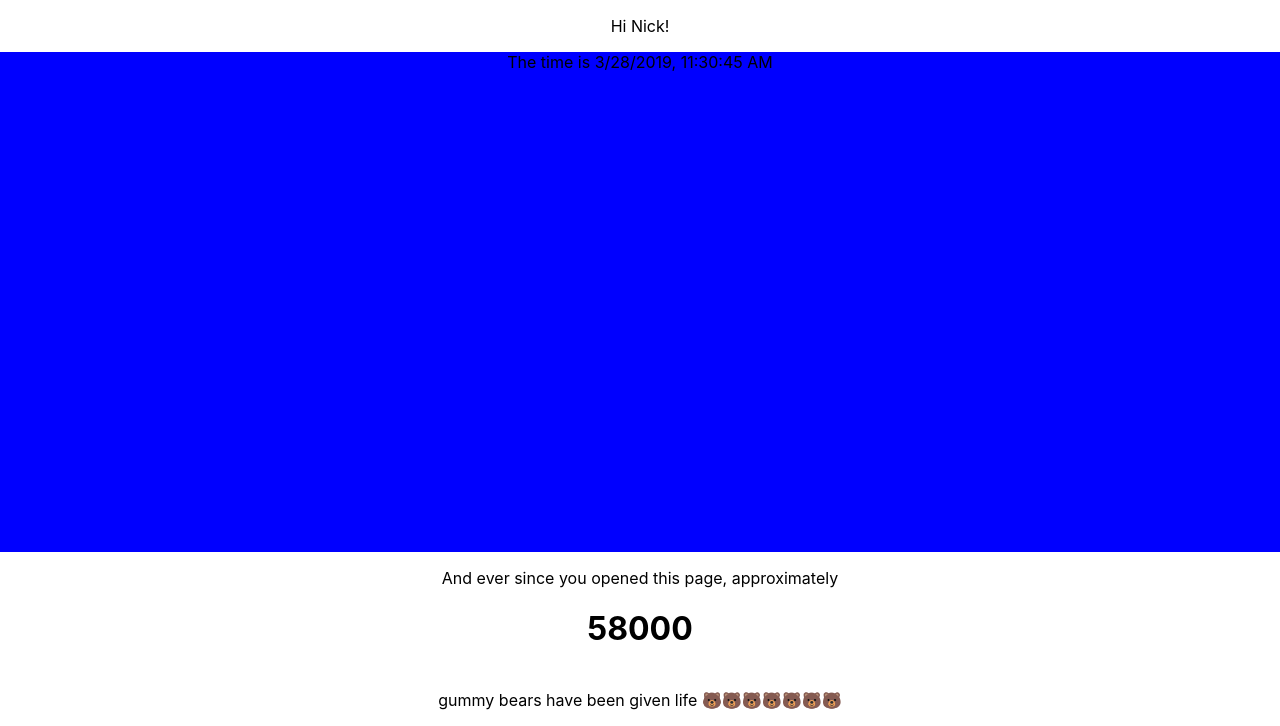
Repository: crispinonicky/gummy-facts
Page: /
These files come from the project's save history. The page is drawn as it stood at one moment and after the next save; the edit follows.
The browser window is 1280 px wide. The pictures show the whole page.
The project was rebuilt for these pictures with package versions that can differ from the ones it lists, and the page was loaded fresh each time.

Above is the page before, as saved 2019-03-28 14:27:00.

### src/App.js
import React, { Component } from 'react';
import './App.css';
import Clock from './components/Clock';
import GummyCount from './components/GummyCount';


class App extends Component {
  constructor(props){
    super(props)

    this.state = {
      name: "Nick"
    }

  }



  render() {
    return (
      <div className="App">


      <p>
        Hi {this.state.name}!
      </p>

        <Clock />
        <GummyCount />


      </div>
    );
  }
}

export default App;

### src/App.css
.App {
  text-align: center;
  margin: 0 auto;
}

.Clock {
  height: 500px;
  background: blue;
}

### src/components/Clock.js
import React, { Component } from "react";
import "../App.css";

let time = new Date().toLocaleString();

class Clock extends React.Component {
  constructor(props) {

    super(props)
    this.state = {
      time: new Date().toLocaleString(),
    };
  }

  componentDidMount() {
    this.intervalID = setInterval(
      () => this.tick(),
      1000
    )
  }

  componentWillUnmount() {
    clearInterval(this.intervalID);
  }

  tick() {
    this.setState({
      time: new Date().toLocaleString()
    });
  }

  render() {
    return (
      <div className = "Clock">
      <p>
        The time is {this.state.time}
      </p>
      </div>
    );
  }
}

console.log(typeof time)



export default Clock;

### src/components/GummyCount.js
const React = require('react')

class GummyCount extends React.Component {
  constructor(props) {
    super(props);
    this.state = {
      seconds: 0,
    };
  }

  tick() {
    this.setState(state => ({
      seconds: state.seconds + 1
    }));
  }

  componentDidMount() {
    this.interval = setInterval(() => this.tick(), 10);
  }

  componentWillUnmount() {
    clearInterval(this.interval);
  }

  render() {

    return (

      <div className = "Count">
        <p>
        And ever since you opened this page, approximately
        <br/>
        <h1>{this.state.seconds * 116}</h1>
        <br/>
        gummy bears have been given life 🐻🐻🐻🐻🐻🐻🐻
        </p>
      </div>
    );
  }
}

export default GummyCount;

Loaded but not shown: public/index.html (common file); src/index.js (common file); src/index.css (common file); src/serviceWorker.js (common file)

After the next save:
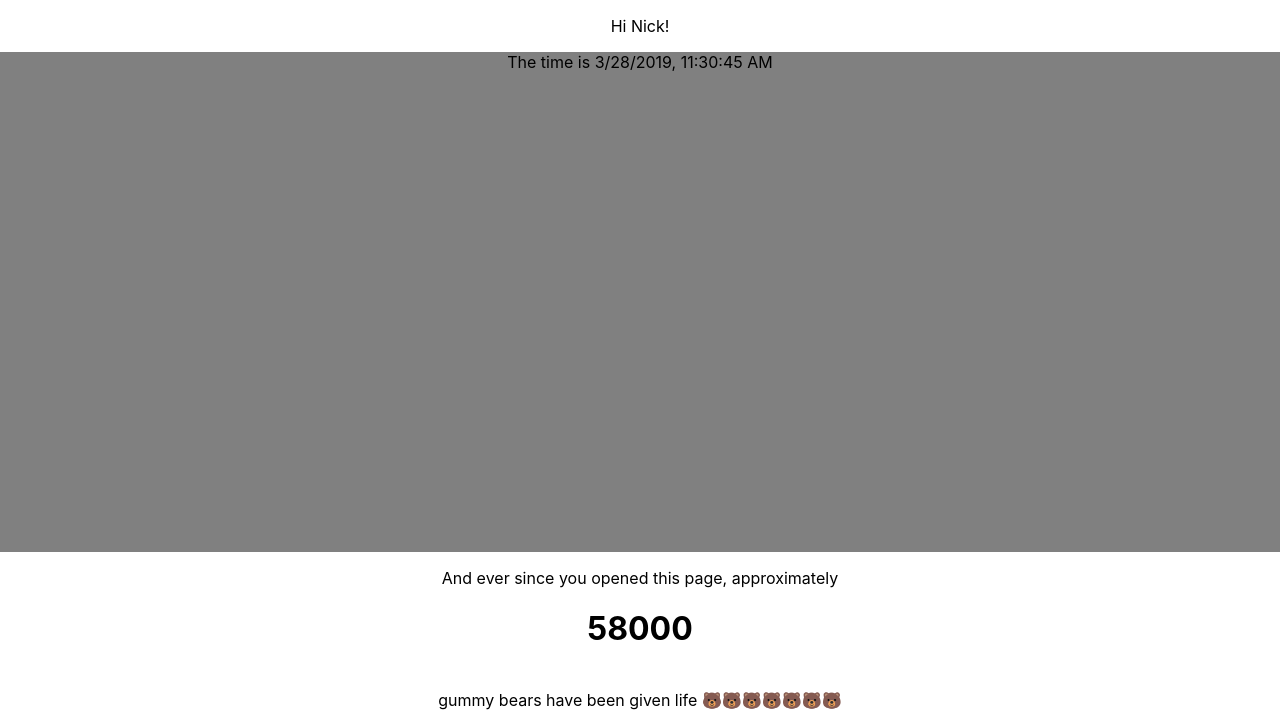
Saved 4 s later.
--- a/src/App.css
+++ b/src/App.css
@@ -5,5 +5,5 @@
 
 .Clock {
   height: 500px;
-  background: blue;
+  background: gray;
 }
